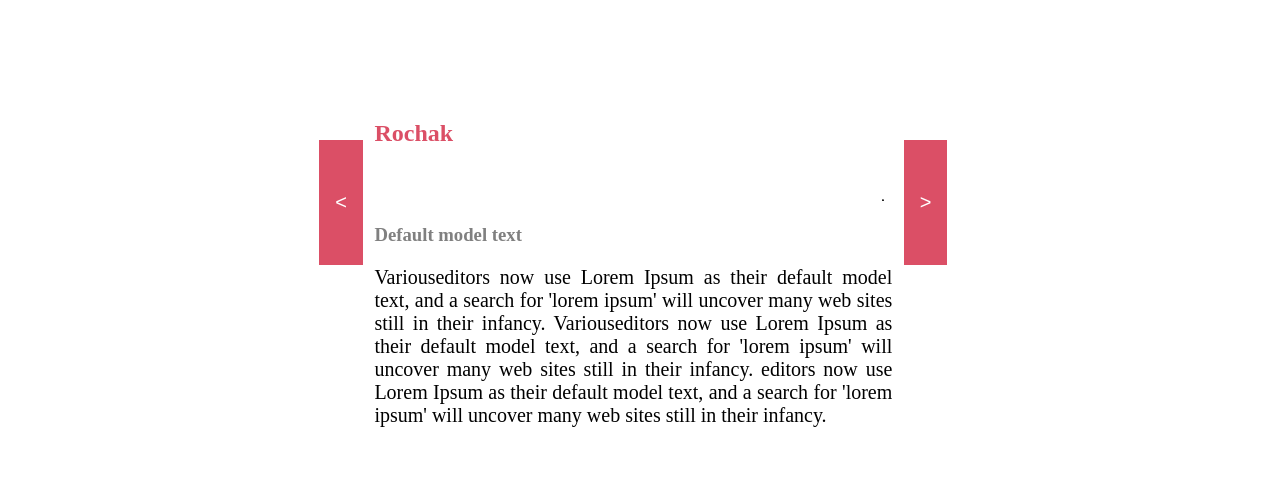
Repository: AVINKUMARP/gifts
Page: demo2.html
An editor plug-in stored every save of this project. The page is shown before and after the next save, followed by the edit.
The browser window is 1280 px wide. The pictures show the whole page.

Above is the page before, as saved 2023-08-24 14:12:04.

After the next save:
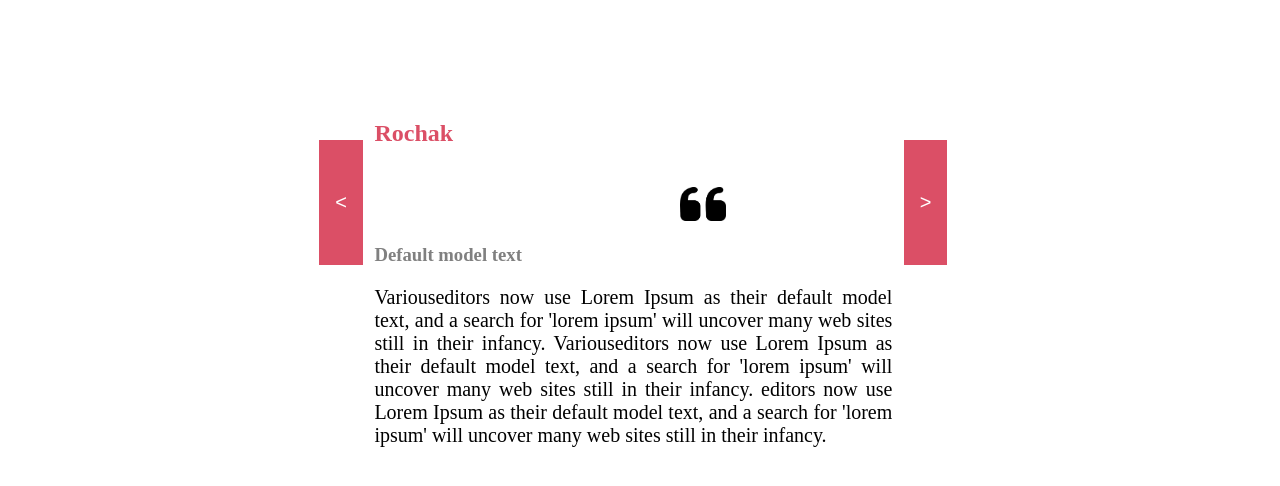
Saved 36 s later.
--- a/demo2.html
+++ b/demo2.html
@@ -52,9 +52,9 @@
             text-align: justify;
             font-size: 20px;
         }
-        .cicon{
+        .cicon img{
             padding-top: 20px;
-            padding-left: 500px;
+            padding-left: 200px;
         }
     </style>
 </head>
